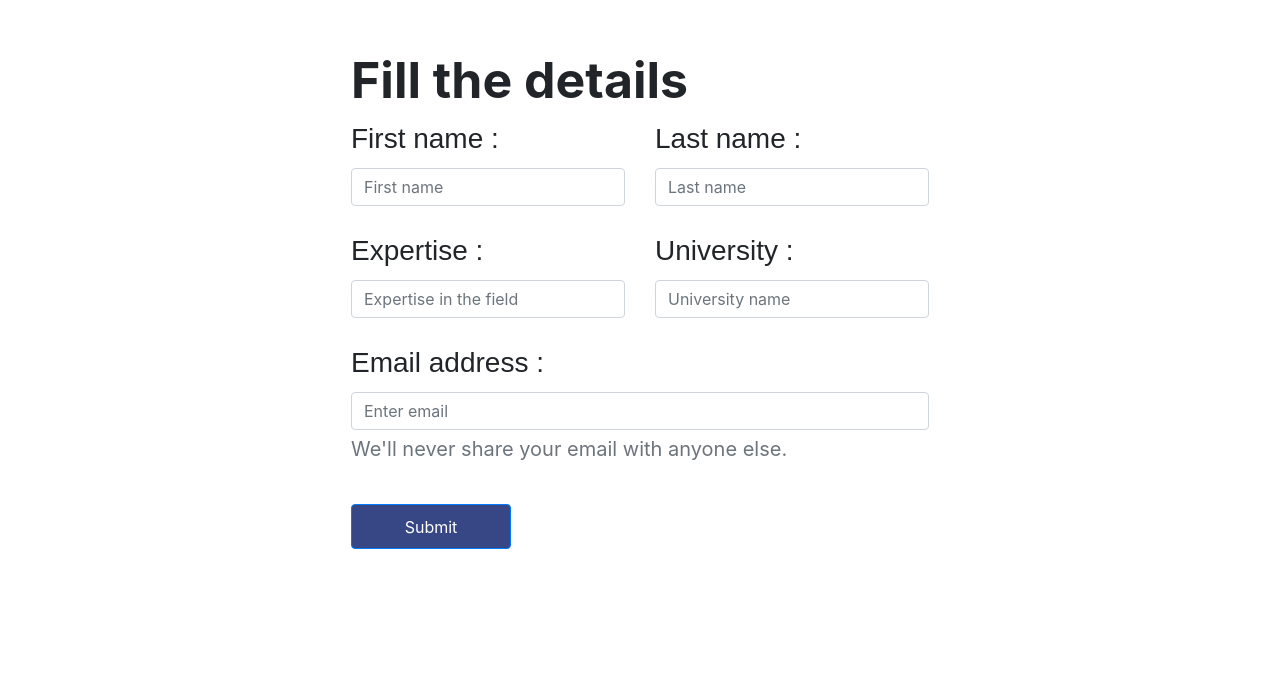
Repository: Sanskriti002/collaborate
Page: form.html
An editor plug-in stored every save of this project. The page is shown before and after the next save, followed by the edit.
The browser window is 1280 px wide. The pictures show the whole page.

Above is the page before, as saved 2023-09-21 21:52:43.

### form.html
<!DOCTYPE html>
<html lang="en">
<head>
    <meta charset="UTF-8">
    <meta name="viewport" content="width=device-width, initial-scale=1.0">
    <meta http-equiv="X-UA-Compatible" content="ie=edge">
    <link rel="stylesheet" href="https://stackpath.bootstrapcdn.com/bootstrap/4.1.1/css/bootstrap.min.css" integrity="sha384-WskhaSGFgHYWDcbwN70/dfYBj47jz9qbsMId/iRN3ewGhXQFZCSftd1LZCfmhktB"
        crossorigin="anonymous">
        <link href="form.css" rel="stylesheet">
    <title>Fill up the form</title>
</head>
<body>
    <form>
        <h3>Fill the details</h3>
        <div class="row">
          <div class="col">
            <label>First name :</label>
            <input type="text" class="form-control" placeholder="First name">
          </div>
          <div class="col">
            <label>Last name :</label>
            <input type="text" class="form-control" placeholder="Last name">
          </div>
        </div>
        <br>
        <div class="row">
            <div class="col">
              <label>Expertise :</label>
              <input type="text" class="form-control" placeholder="Expertise in the field">
            </div>
            <div class="col">
              <label>University :</label>
              <input type="text" class="form-control" placeholder="University name">
            </div>
          </div>
        <br>
        <div class="form-group">
            <label for="exampleInputEmail1">Email address :</label>
            <input type="email" class="form-control" id="exampleInputEmail1" aria-describedby="emailHelp" placeholder="Enter email">
            <small id="emailHelp" class="form-text text-muted">We'll never share your email with anyone else.</small>
          </div>


          <br>
          <button type="submit" id="btn" class="btn btn-primary" onclick="alert('Submitted')">Submit</button>
      </form>



</body>
</html>

### form.css
body{
    background-image:linear-gradient(white,#a8d0);
    padding:0;
     justify-content: center;
    align-items: center;
    box-sizing: border-box;

}

form{
     display: inline-block;
     position: relative;
     left: 50%;
    transform: translateX(-50%);;
     top: 50px;

    }
    input{
        width:100%;
        height: 50%;
        border: 1px solid lightgray;
        border-radius: 6px;
        outline: none;
        padding: 0 15px;
        font-size: 20px;
        transition: all 0.3s ease;

 }

 label{
    font-size: 28px;
    font-weight: 400;
    font-family: 'Nunito',sans-serif;
 }
 h3{
    font-size:50px;
    font-weight: bold;
 }
 #emailHelp{
    font-size: 20px;
    color: black;
 }
 #btn{
    width:160px;
    height:45px;
    cursor:pointer;
    background-color:#374785;
 }

After the next save:
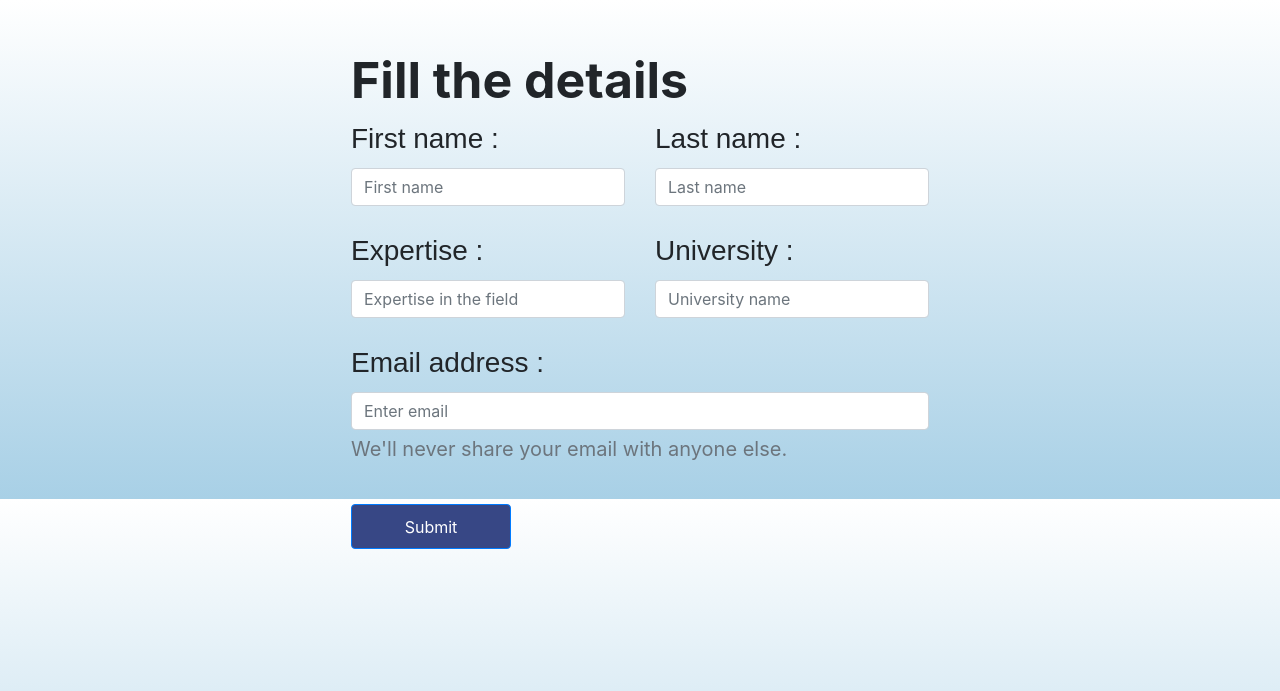
Saved 4 s later.
--- a/form.css
+++ b/form.css
@@ -1,5 +1,5 @@
 body{
-    background-image:linear-gradient(white,#a8d0);
+    background-image:linear-gradient(white,#a8d0e6);
     padding:0;
      justify-content: center;
     align-items: center;
